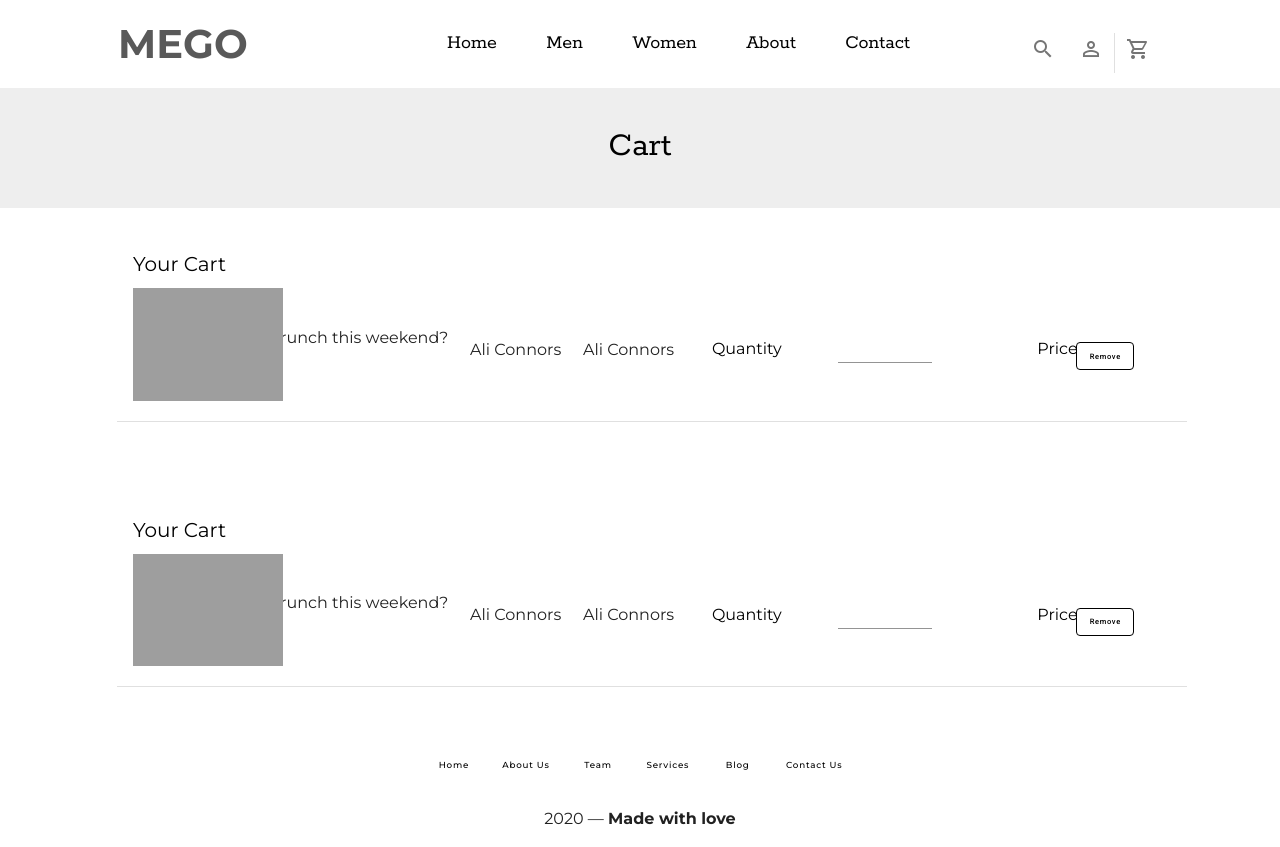
Repository: nguyenphuong152/mego-frontend
Page: /cart (app in frontend/)
An editor plug-in stored every save of this project. The page is shown before and after the next save, followed by the edit.
The browser window is 1280 px wide. The pictures show the whole page.
Pictures or frames that could not be fetched are drawn as grey boxes. The project was rebuilt for these pictures with package versions that can differ from the ones it lists, and the page was loaded fresh each time. Also part of the build but not shown: frontend/vue.config.js, frontend/src/components/Customer/Collection.vue, frontend/src/components/Customer/Banner.vue, frontend/src/components/Customer/BestSeller.vue, frontend/src/components/Customer/Partner.vue, frontend/src/views/Customer/Home.vue, frontend/src/components/Customer/ProductCategory.vue, frontend/src/components/Customer/ProductView.vue and 10 more. Imported but missing from the stored project, and not drawn on this page: frontend/src/views/Admin/Category.vue, frontend/src/views/Admin/ManageProduct.vue, frontend/src/views/Admin/ManageUser.vue, frontend/src/views/Admin/OrderList.vue.

Above is the page before, as saved 2020-11-26 17:06:15.

After the next save:
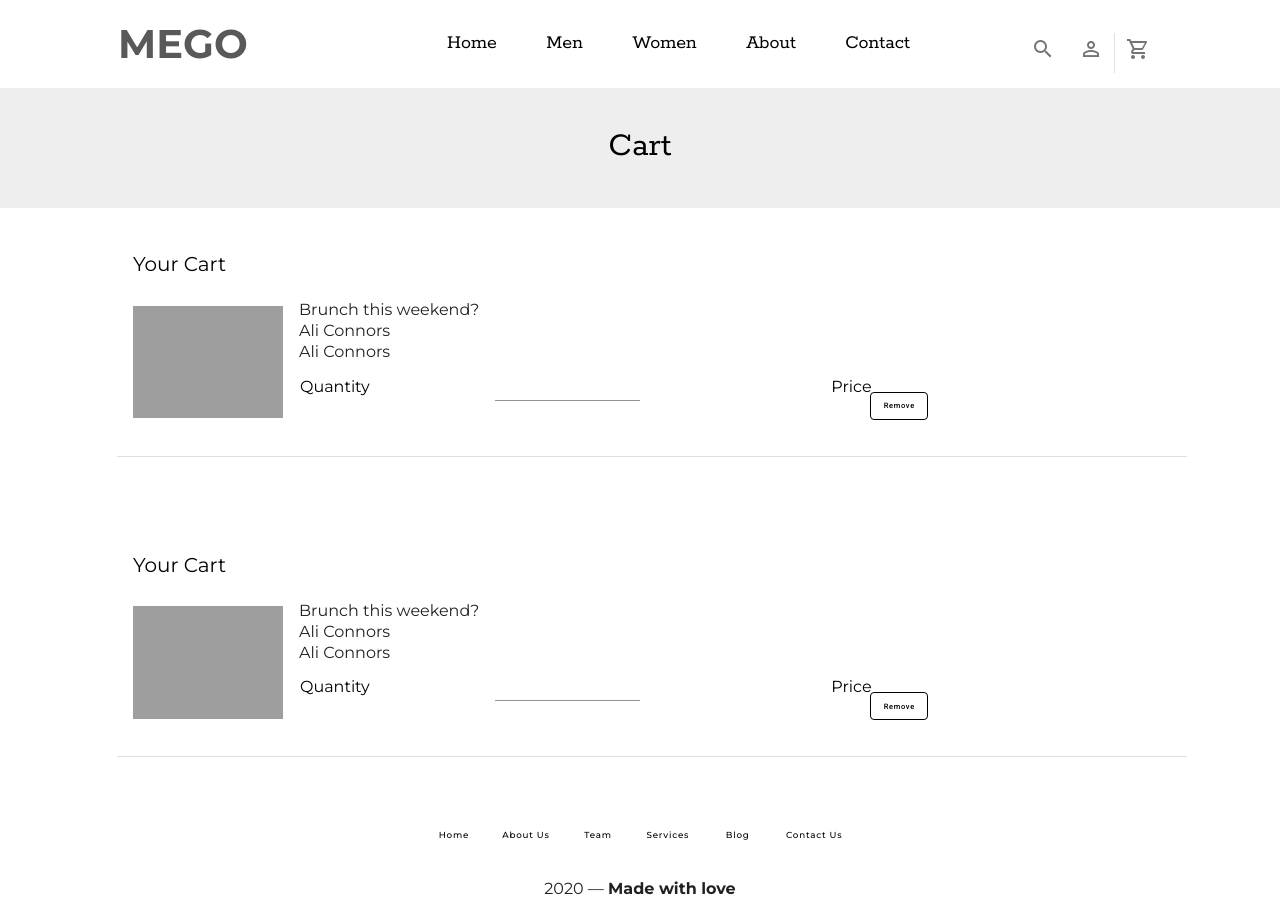
Saved 22 s later.
--- a/frontend/src/components/Customer/TotalProducts.vue
+++ b/frontend/src/components/Customer/TotalProducts.vue
@@ -13,25 +13,19 @@
 
         <v-list-item v-else :key="item.title">
           <v-img :src="item.avatar" max-height="150" max-width="150"></v-img>
-          <v-list-item-content class="text-start">
-           <v-row>
-              <v-list-item-title
+          <v-list-item-content class="text-start ml-4">
+            <v-list-item-title
               v-html="item.title"
               class="admin"
             ></v-list-item-title>
-           </v-row>
-           <v-row>
-              <v-list-item-subtitle
+            <v-list-item-subtitle
               class="admin"
               v-html="item.subtitle"
             ></v-list-item-subtitle>
-           </v-row>
-           <v-row>
-              <v-list-item-subtitle
+            <v-list-item-subtitle
               class="admin"
               v-html="item.subtitle"
             ></v-list-item-subtitle>
-           </v-row>
             <v-row class="pl-4 d-flex align-center">
               <v-col class="pa-0 admin " cols="4">
                 <a>Quantity</a>
